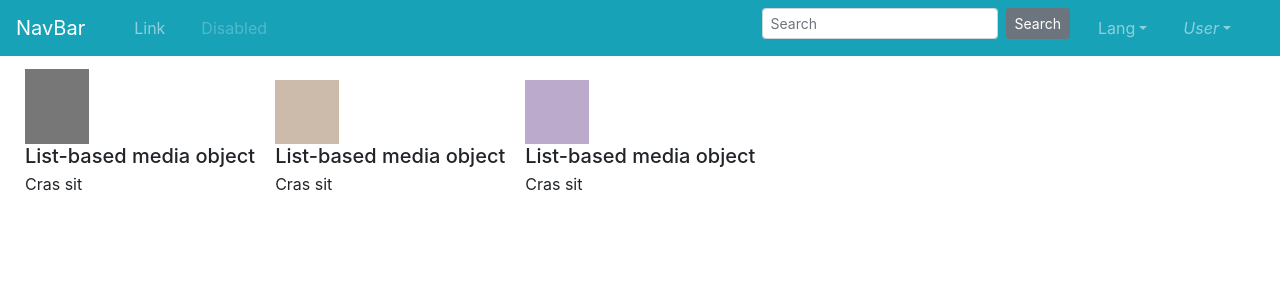
Repository: Funnyrz/vue-nav
Page: /
The author's editor kept a copy of each file at every save. The page is drawn from the files as they stood at one save, then again after the next save.
The browser window is 1280 px wide. The pictures show the whole page.
The project was rebuilt for these pictures with package versions that can differ from the ones it lists, and the page was loaded fresh each time.

Above is the page before, as saved 2020-08-24 22:51:38.

### public/index.html
<!DOCTYPE html>
<html lang="en">
  <head>
    <meta charset="utf-8">
    <meta http-equiv="X-UA-Compatible" content="IE=edge">
    <meta name="viewport" content="width=device-width,initial-scale=1.0">
    <link rel="icon" href="<%= BASE_URL %>favicon.ico">
    <title>vue-pic</title>
  </head>
  <body>
    <noscript>
      <strong>We're sorry but vue-pic doesn't work properly without JavaScript enabled. Please enable it to continue.</strong>
    </noscript>
    <div id="app"></div>
    <!-- built files will be auto injected -->
  </body>
</html>

### src/main.js
import Vue from 'vue'
import App from './App.vue'
import 'bootstrap/dist/css/bootstrap.css'
import 'bootstrap-vue/dist/bootstrap-vue.css'
import BootstrapVue from 'bootstrap-vue'
// ES Modules syntax

// require syntax

Vue.use(BootstrapVue)
Vue.config.productionTip = false

new Vue({
  render: h => h(App),
}).$mount('#app')

### src/App.vue
<template>
  <div id="app">
    <HelloWorld msg="Welcome to Your Vue.js App" />
  </div>
</template>

<script>
import HelloWorld from "./components/HelloWorld.vue";

export default {
  name: "app",
  components: {
    HelloWorld
  }
};
</script>

<style>
.container-fluid {
  width: 80%;
}
</style>

### src/components/HelloWorld.vue
<template>
  <div class="hello">
    <div>
      <b-navbar toggleable="lg" type="dark" variant="info">
        <b-navbar-brand href="#">NavBar</b-navbar-brand>

        <b-navbar-toggle target="nav-collapse"></b-navbar-toggle>
        <b-container fluid>
          <b-collapse id="nav-collapse" is-nav>
            <b-navbar-nav>
              <b-nav-item href="#">Link</b-nav-item>
              <b-nav-item href="#" disabled>Disabled</b-nav-item>
            </b-navbar-nav>

            <!-- Right aligned nav items -->
            <b-navbar-nav class="ml-auto">
              <b-nav-form>
                <b-form-input size="sm" class="mr-sm-2" placeholder="Search"></b-form-input>
                <b-button size="sm" class="my-2 my-sm-0" type="submit">Search</b-button>
              </b-nav-form>

              <b-nav-item-dropdown text="Lang" right>
                <b-dropdown-item href="#">EN</b-dropdown-item>
                <b-dropdown-item href="#">ES</b-dropdown-item>
                <b-dropdown-item href="#">RU</b-dropdown-item>
                <b-dropdown-item href="#">FA</b-dropdown-item>
              </b-nav-item-dropdown>

              <b-nav-item-dropdown right>
                <!-- Using 'button-content' slot -->
                <template v-slot:button-content>
                  <em>User</em>
                </template>
                <b-dropdown-item href="#">Profile</b-dropdown-item>
                <b-dropdown-item href="#">Sign Out</b-dropdown-item>
              </b-nav-item-dropdown>
            </b-navbar-nav>
          </b-collapse>
        </b-container>
      </b-navbar>

      <b-container fluid>
        <div>
          <ul class="list-unstyled">
            <b-media tag="li">
              <template v-slot:aside>
                <b-img v-bind="mainProps" roundedblank-color="#abc" width="64" alt="placeholder"></b-img>
              </template>
              <h5 class="mt-0 mb-1">List-based media object</h5>
              <p class="mb-0">Cras sit</p>
            </b-media>

            <b-media tag="li" class="my-4">
              <template v-slot:aside>
                <b-img blank blank-color="#cba" width="64" alt="placeholder"></b-img>
              </template>

              <h5 class="mt-0 mb-1">List-based media object</h5>
              <p class="mb-0">Cras sit</p>
            </b-media>

            <b-media tag="li">
              <template v-slot:aside>
                <b-img blank blank-color="#bac" width="64" alt="placeholder"></b-img>
              </template>

              <h5 class="mt-0 mb-1">List-based media object</h5>
              <p class="mb-0">Cras sit</p>
            </b-media>
          </ul>
        </div>
      </b-container>
    </div>
  </div>
</template>

<script>
export default {
  name: "HelloWorld",
  props: {
    msg: String
  },
  data() {
    return {
      mainProps: {
        blank: true,
        blankColor: "#777",
        width: 75,
        height: 75,
        class: "m1"
      }
    };
  },
  mounted() {}
};
</script>

<!-- Add "scoped" attribute to limit CSS to this component only -->
<style scoped>
h3 {
  margin: 40px 0 0;
}
ul {
  list-style-type: none;
  padding: 0;
}
li {
  display: inline-block;
  margin: 0 10px;
}
a {
  color: #42b983;
}
</style>

After the next save:
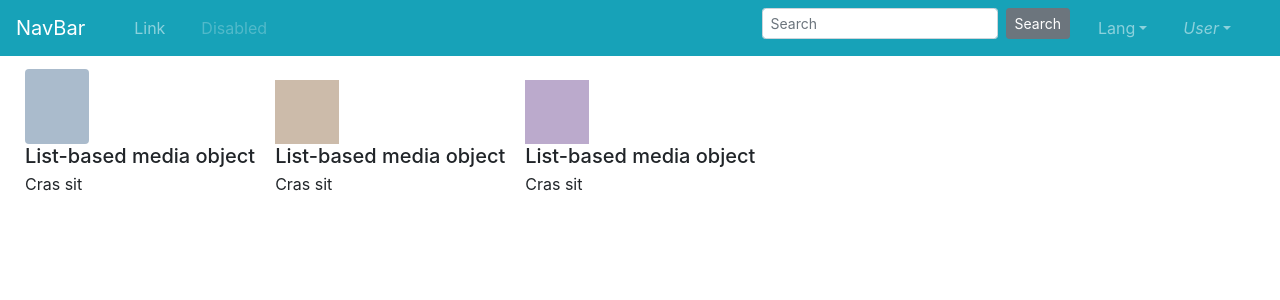
Saved 50 s later.
--- a/src/components/HelloWorld.vue
+++ b/src/components/HelloWorld.vue
@@ -44,7 +44,7 @@
           <ul class="list-unstyled">
             <b-media tag="li">
               <template v-slot:aside>
-                <b-img v-bind="mainProps" roundedblank-color="#abc" width="64" alt="placeholder"></b-img>
+                <b-img v-bind="mainProps" rounded blank-color="#abc" width="64" alt="placeholder"></b-img>
               </template>
               <h5 class="mt-0 mb-1">List-based media object</h5>
               <p class="mb-0">Cras sit</p>
